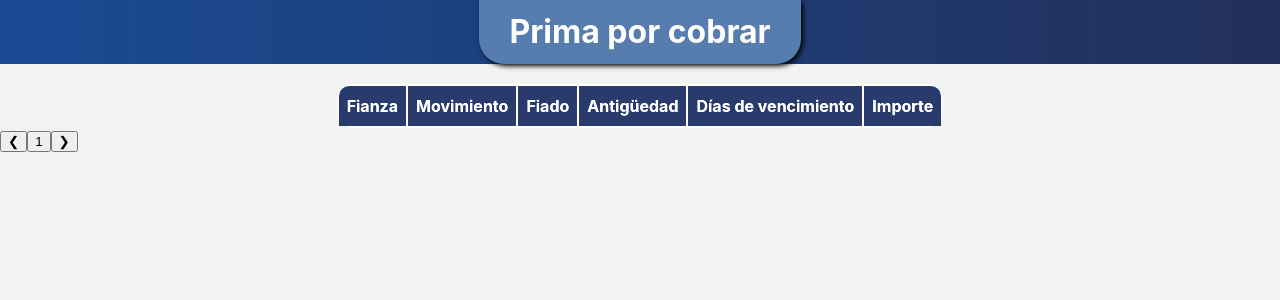
Repository: PCGP22/prueba-t-cnica-liberty-finanzas
Page: / (app in Prueba técnica full-stack/client/)
These files come from the project's save history. The page is drawn as it stood at one moment and after the next save; the edit follows.
The browser window is 1280 px wide. The pictures show the whole page.
The pointer rests on the first visible `table tr`.
The page's requests for data from a server got no answer. The project was rebuilt for these pictures with package versions that can differ from the ones it lists, and the page was loaded fresh each time. No one was signed in, and anything a server would have sent is missing. Also part of the build but not shown: Prueba técnica full-stack/client/vite.config.js, Prueba técnica full-stack/client/src/components/Card.jsx, Prueba técnica full-stack/client/src/components/CardsContainer.jsx, Prueba técnica full-stack/client/src/components/Filters.jsx.

Above is the page before, as saved 2023-11-14 08:16:06.

### Prueba técnica full-stack/client/src/App.jsx
import { dataContext } from "./context/dataContext";
import Table from "./components/Table";
import { useEffect, useReducer } from "react";
import Pagination from "./components/pagination";
import reducer from "./hooks/Reducer";
import Header from "./components/Header";

function App() {
  let url = "http://localhost:5000/primas";
  const initialState = {
    backupData: {},
    data: {},
    dataToShow: {},
    currentPage: 1,
    maxPages: 1,
    contentPerPage: 8,
  };

  const [state, dispatch] = useReducer(reducer, initialState);
  useEffect(() => {
    fetch(url)
      .then((res) => res.json())
      .then((data) => dispatch({ type: "initialize", payload: data.primas }));
  }, [url]);

  return (
    <dataContext.Provider value={[state, dispatch]}>
      <Header />
      <Table />
      <Pagination />
    </dataContext.Provider>
  );
}

export default App;

### Prueba técnica full-stack/client/src/index.css
:root {
  font-family: Inter, system-ui, Avenir, Helvetica, Arial, sans-serif;
  line-height: 1.5;
  font-weight: 400;
  --background-color: #f2f2f1;
  --darkest-blue: #22305a;
  --blue: #1a4b94;
  --light-blue: #577dae;
  --lightest-blue: #9fbde4;
  --status-red: #de7878;
  --status-yellow: #f6c476;
  --status-green: #8fc475;
  --icon-red: #b93d3d;
  --icon-green: #6cb85d;
  --text-blue: #3a689d;
  --text-red:  #af2e2c;
  --box-shadow: black 2px 2px 5px;
}
body, h1{
  margin: 0;
  padding: 0;
}
body{
  background-color:var(--background-color);
}
header{
  display: flex;
  flex-direction: column;
  align-items: center;
}
h1{
  display: inline-block;
  padding: 8px 30px;
  border-radius: 0 0 25px 25px;
  background-color: var(--light-blue);
  color:white;
  text-align: center;
  box-shadow: var(--box-shadow);
}

header{
  background-image: linear-gradient(to right,var(--blue), var(--darkest-blue));
  width: 100%;
}

.filters{
  margin-top: 40px;
  display: flex;
  gap: 40px;
  align-self: flex-start;
  padding-left: 5%;
}
.filters select{
  height: 40px;
  font-size: larger;
  border-radius: 5px;
  border: black 2px solid;
}

.cards{
  padding: 2% 5%;
  box-sizing: border-box;
  display: flex;
  justify-content: space-between;
  width: 100%;
}

.cards figure{
  background-color: var(--background-color);
  min-width: 250px;
  padding: 0.5% 2%;
  border-radius: 10px;
  box-shadow: var(--box-shadow);
}

.cards figure h3{
  margin: 0;
}

.cards figure > p{
  font-size: 1.8em;
  text-align: center;
}

.cards div{
  display: inline-flex;
  flex-wrap: wrap;
  max-width: 40%;
  align-items: center;
  justify-content: center;
  gap:20px;
}

.cards div p {
  margin: 0;
}

.cards div p:first-of-type {
  font-size: 1.5em;
}

.cards div p:last-of-type{
  font-size: 1.2em;
  margin: 0;
}

.icon{
  background-image: linear-gradient(to right,var(--blue), var(--darkest-blue));
  font-size: 1.5em;
  padding: 4px;
  border-radius: 50%;
}
.positive{
  color:var(--text-blue);
  margin-right: 20px;
}
.negative{
  color:var(--text-red);
  margin-left:20px;
}
.cross{
  color: var(--icon-red)
}
.check{
  color: var(--icon-green)
}

table{
  margin: auto;
  margin-top: 20px;
  background-color:white;
  border-radius:15px;
}
table tr:first-child{
  background-color:var(--darkest-blue);
  color:white;
}

table tr th:first-child{
  border-radius:10px 0 0 0;
}

table tr th:last-child{
  border-radius: 0 10px  0 0;
}
table tr th{
  padding: 8px;
}

td{
  padding: 2px 8px;
  border-spacing: 0;
  border-collapse: collapse;
  border: black solid 1px;
}

table tr:nth-child(2n){
  background-color:var(--lightest-blue)
}

table tr:hover{
  filter:brightness(120%)
}

### Prueba técnica full-stack/client/src/context/dataContext.js
import { createContext } from "react";

export const dataContext = createContext();

### Prueba técnica full-stack/client/src/components/Table.jsx
import { calculateAntiquityInDays } from "../utils/utils";
import { useContext } from "react";
import { dataContext } from "../context/dataContext";

function Table() {
  const [state, dispatch] = useContext(dataContext);

  return (
    <table>
      <tbody>
        <tr>
          <th>Fianza</th>
          <th>Movimiento</th>
          <th>Fiado</th>
          <th>Antigüedad</th>
          <th>Días de vencimiento</th>
          <th>Importe</th>
        </tr>
        {state.dataToShow.length > 0 &&
          state.dataToShow.map((t) => {
            let antiquity = calculateAntiquityInDays(
              t.datos["fecha de emisión"]
            );
            let daysSinceStale = calculateAntiquityInDays(
              t.datos["fecha de vencimiento"]
            );
            if (daysSinceStale < 0) daysSinceStale = 0;
            return (
              <tr key={t.datos.código_de_fianza}>
                <td>{t.datos.código_de_fianza}</td>
                <td>{t.datos.tipo_de_movimiento}</td>
                <td>{t.datos.fiado}</td>
                <td>{antiquity}</td>
                <td>{daysSinceStale}</td>
                <td>${t.datos.importe.toLocaleString()}</td>
              </tr>
            );
          })}
      </tbody>
    </table>
  );
}

export default Table;

### Prueba técnica full-stack/client/src/components/pagination.jsx
import { useContext } from "react";
import { dataContext } from "../context/dataContext";

function Pagination() {
  const [state, dispatch] = useContext(dataContext);

  //   return <button onClick={() => dispatch({ type: "change" })}>Cambiar</button>;
  //   const { state.maxPages, state.currentPage, setstate.CurrentPage, setNextPage, setPrevPage } =
  // useContext(dataContext);
  //This pagination is somewhat complex because I've used it before in bigger proyects.
  //First, it initializes the pagination buttons to the first 6 numbers except for the number 1
  //The reason it doesn't includes the first page is because the first and last page buttons are always shown
  let pagesButtons = [2, 3, 4, 5, 6];
  //while the current page stays on the first three pages, show all first 6
  //The reason for the if, it's that I want the first 6 buttons to be shown when returning from the latest pages
  if (
    state.currentPage === 1 ||
    state.currentPage === 2 ||
    state.currentPage === 3
  ) {
    pagesButtons = [2, 3, 4, 5, 6];
  }
  //As soon as we change to page 4 or more, let's follow the current page and
  //add two buttons to the left and two to the right
  if (state.currentPage >= 4) {
    pagesButtons = [
      state.currentPage - 2,
      state.currentPage - 1,
      state.currentPage,
      state.currentPage + 1,
      state.currentPage + 2,
    ];
  }
  //When approaching to the right end of the pagination, show the last 5 pages
  if (
    state.currentPage === state.maxPages - 1 ||
    state.currentPage === state.maxPages - 2 ||
    state.currentPage === state.maxPages
  ) {
    //The reason it doesn't includes the last page is because the first and last page buttons are always shown
    pagesButtons = [
      state.maxPages - 5,
      state.maxPages - 4,
      state.maxPages - 3,
      state.maxPages - 2,
      state.maxPages - 1,
    ];
  }
  return (
    <section className="pagination">
      <button
        //About the class: When in first or last page the navigation chevrons will have a special class
        //The same happens when the button is the current page
        className={`${state.currentPage === 1 && "disabled"}`}
        onClick={() => dispatch({ type: "prevPage" })}>
        ❮
      </button>
      {/* First button, always shown */}
      <button
        className={`${state.currentPage === 1 && "disabled"}`}
        onClick={() => dispatch({ type: "setPage", payload: 1 })}>
        1
      </button>
      {/* Adds three dots in case the current page is bigger than 4*/}
      {state.currentPage > 4 && <p>•••</p>}
      {/* Map through all pages defined in the first part*/}
      {pagesButtons.map((p) => {
        if (p > 1 && p < state.maxPages)
          return (
            <button
              className={`${state.currentPage === p && "disabled"}`}
              key={p}
              onClick={() => dispatch({ type: "setPage", payload: p })}>
              {p}
            </button>
          );
      })}
      {/* Adds three dots in case the current page is getting closer to the right end*/}
      {state.currentPage < state.maxPages - 3 && <p>•••</p>}
      {/* If there's more than 1 page, show always the last page*/}
      {state.maxPages > 1 && (
        <button
          className={`${state.currentPage === state.maxPages && "disabled"}`}
          onClick={() =>
            dispatch({ type: "setPage", payload: state.maxPages })
          }>
          {state.maxPages}
        </button>
      )}
      <button
        className={`${state.currentPage === state.maxPages && "disabled"}`}
        onClick={() => dispatch({ type: "nextPage" })}>
        ❯
      </button>
    </section>
  );
}

export default Pagination;

### Prueba técnica full-stack/client/src/hooks/Reducer.js
function reducer(state, action) {
  function divideData(data, currentPage, state) {
    let dividedData = data.slice(
      (currentPage - 1) * state.contentPerPage,
      currentPage * state.contentPerPage
    );
    return dividedData;
  }
  function calculateMaxPages(data, state) {
    let maxPages = Math.ceil(data.length / state.contentPerPage);
    return maxPages;
  }
  const { type, payload } = action;
  switch (type) {
    case "initialize":
      return {
        ...state,
        backupData: payload,
        data: payload,
        dataToShow: divideData(payload, 1, state),
        maxPages: calculateMaxPages(payload, state),
      };
    case "prevPage":
      if (state.currentPage > 1) {
        return {
          ...state,
          currentPage: state.currentPage - 1,
          dataToShow: divideData(state.data, state.currentPage - 1, state),
        };
      } else return state;
    case "nextPage":
      if (state.currentPage < state.maxPages) {
        return {
          ...state,
          currentPage: state.currentPage + 1,
          dataToShow: divideData(state.data, state.currentPage + 1, state),
        };
      } else return state;
    case "setPage":
      return {
        ...state,
        currentPage: payload,
        dataToShow: divideData(state.data, payload, state),
      };
    case "filter":
      if (payload.filter === "") {
        return { ...state, dataToShow: state.backupData };
      } else
        return {
          ...state,
          dataToShow: state.backupData.filter(
            (d) => d[payload.type] === payload.filter
          ),
        };
    default:
      return state;
  }
}

export default reducer;

### Prueba técnica full-stack/client/src/components/Header.jsx
import CardsContainer from "./CardsContainer";
import Filters from "./Filters";

function Header() {
  return (
    <header>
      <h1>Prima por cobrar</h1>
      <Filters />
      <CardsContainer />
    </header>
  );
}

export default Header;

### Prueba técnica full-stack/client/src/utils/utils.js
//This function calculates how many days have passed since a date
export function calculateAntiquityInDays(date) {
  let parsedDate = parseDate(date);
  const CONSTANT_Ms_TO_DAYS = 86400000;
  let today = new Date();
  let comparisonDate = new Date(parsedDate);
  return Math.trunc((today - comparisonDate) / CONSTANT_Ms_TO_DAYS) - 1;
}

//transforms the date DD/MM/YYYY to an acceptable MM/DD/YYYY
function parseDate(date) {
  let stringToArray = date.split("/");
  let temp = stringToArray[0];
  stringToArray[0] = stringToArray[1];
  stringToArray[1] = temp;
  return stringToArray.join("/");
}

Loaded but not shown: Prueba técnica full-stack/client/index.html (common file); Prueba técnica full-stack/client/src/main.jsx (common file)

After the next save:
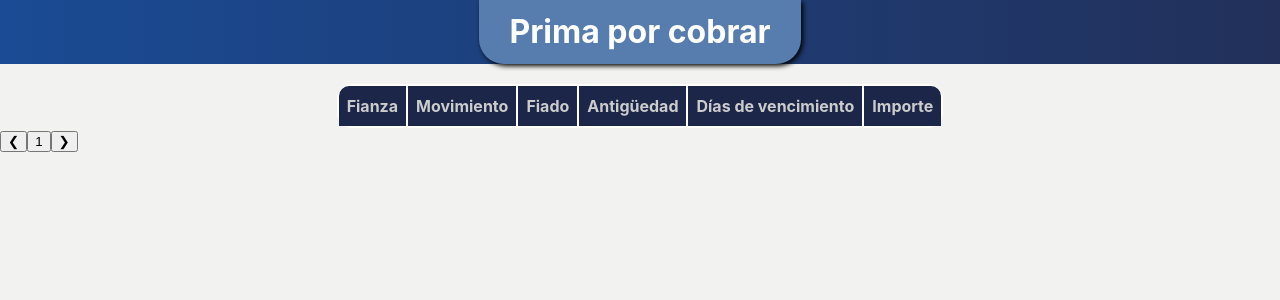
Saved 30 s later.
--- a/Prueba técnica full-stack/client/src/index.css
+++ b/Prueba técnica full-stack/client/src/index.css
@@ -158,6 +158,9 @@ table tr:nth-child(2n){
   background-color:var(--lightest-blue)
 }
 
-table tr:hover{
+table tr:nth-child(2n):hover{
   filter:brightness(120%)
 }
+table tr:nth-child(2n-1):hover{
+  filter:brightness(80%)
+}
